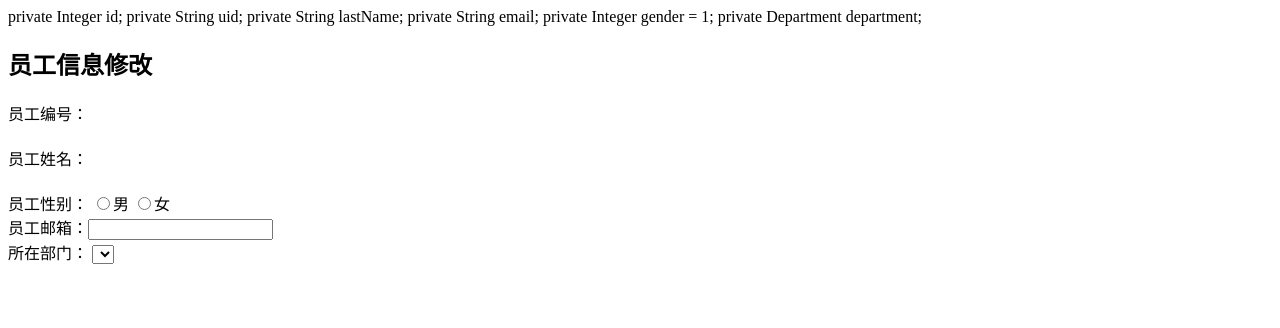
Repository: ocxz/spring
Page: http://localhost/8.SpringMVC_CRUD/WEB-INF/pages/edit.jsp
An editor plug-in stored every save of this project. The page is shown before and after the next save, followed by the edit.
The browser window is 1280 px wide. The pictures show the whole page.
The page is served by Tomcat 9. Nobody is signed in. The template is opened directly, without the code that normally fills it, so the values that code supplies are empty.

Above is the page before, as saved 2019-12-06 04:42:29.

After the next save:
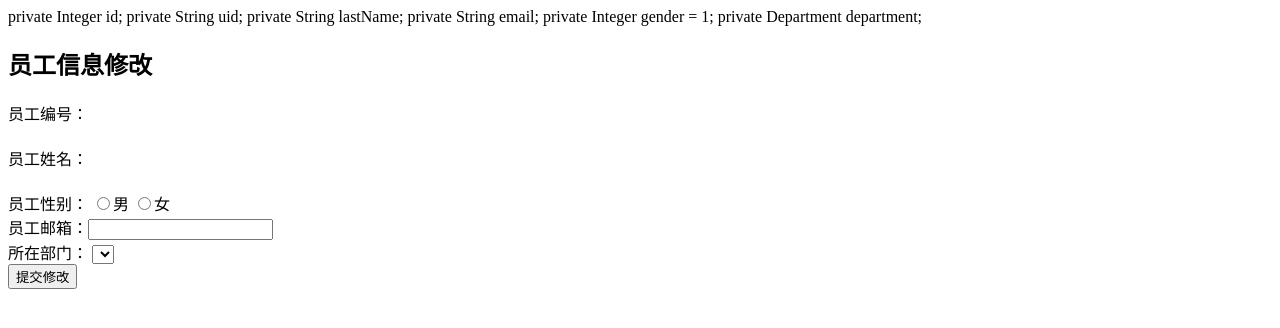
Saved 21 s later.
--- a/Spring/代码/8.SpringMVC_CRUD/src/main/webapp/WEB-INF/pages/edit.jsp
+++ b/Spring/代码/8.SpringMVC_CRUD/src/main/webapp/WEB-INF/pages/edit.jsp
@@ -25,7 +25,7 @@
 		所在部门：
 			<form:select path="department.did" items="${depts }"
 			itemLabel="departmentName" itemValue="did"></form:select><br/>
-
+		<input type="submit" value="提交修改">
 	</form:form>
 </body>
 </html>
